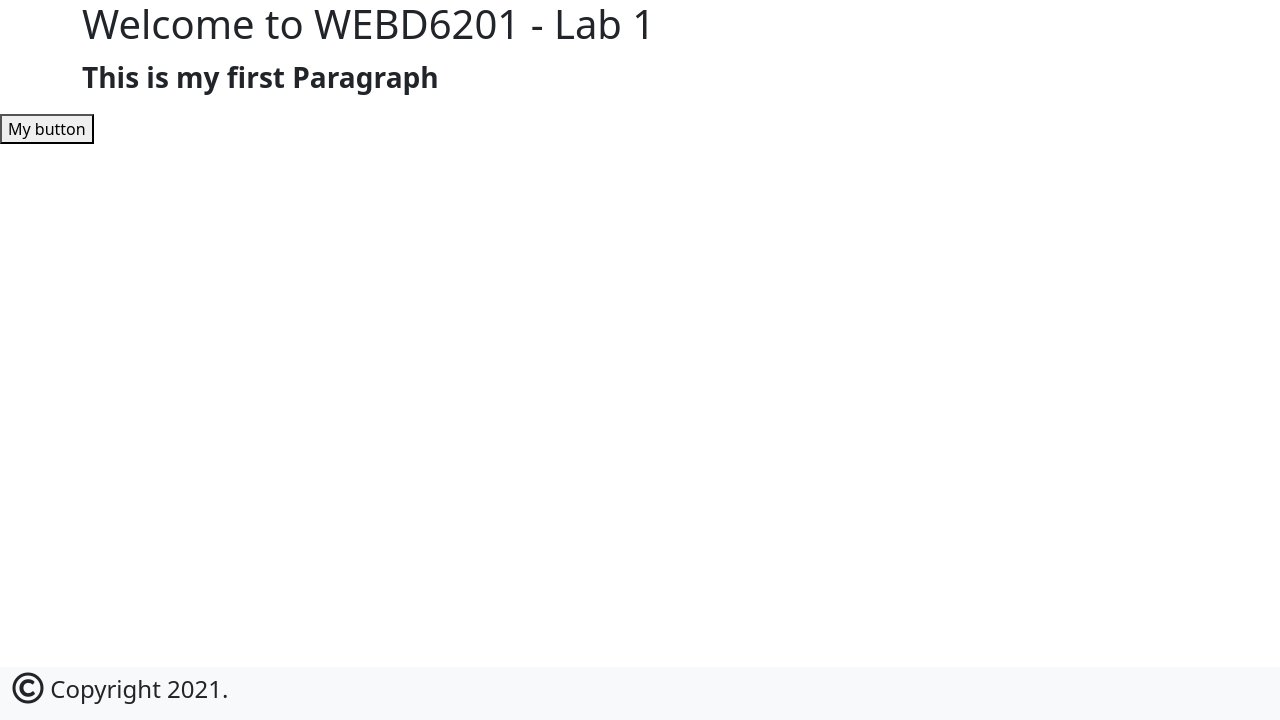
Repository: aphim/webd6201ICE6
Page: indexold.html
These files come from the project's save history. The page is drawn as it stood at one moment and after the next save; the edit follows.
The browser window is 1280 px wide. The pictures show the whole page.

Above is the page before, as saved 2021-03-03 08:35:00.

After the next save:
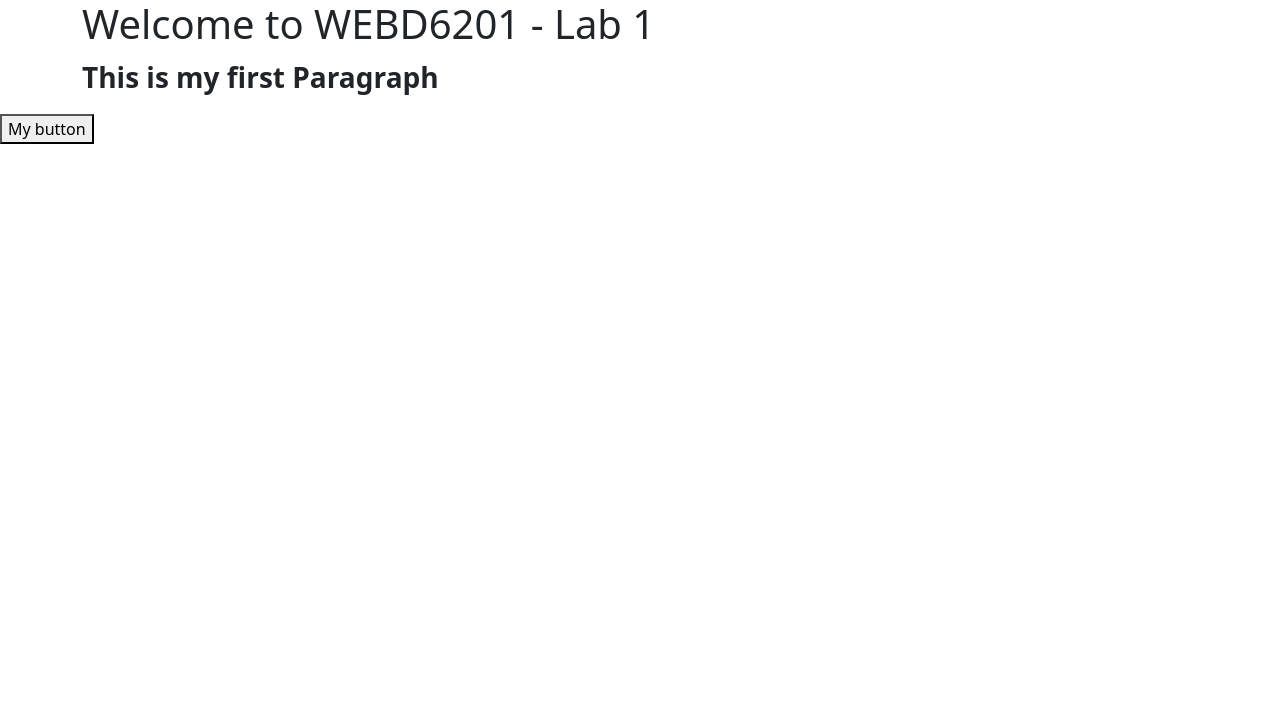
Saved 15 s later.
--- a/indexold.html
+++ b/indexold.html
@@ -22,11 +22,7 @@
 
     <!-- Main Footer -->
     <footer>
-        <nav class="navbar fixed-bottom navbar-light bg-light">
-            <div class="container-fluid">
-              <h4><i class="far fa-copyright fa-lg"></i> Copyright 2021.</h4>
-            </div>
-          </nav>
+
     </footer>
 
     <!-- Script Section-->
